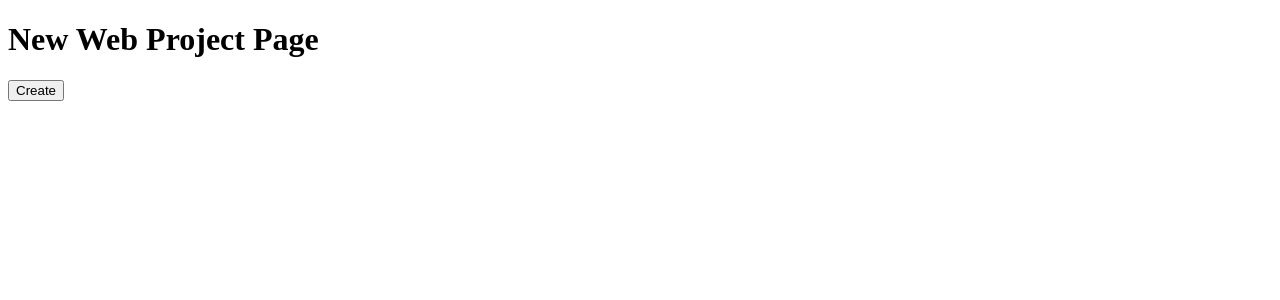
Repository: seantao97/publicProjects
Page: GuessTwoo/v8/Aptana Javascript/Trial/new_file.html
These files come from the project's save history. The page is drawn as it stood at one moment and after the next save; the edit follows.
The browser window is 1280 px wide. The pictures show the whole page.

Above is the page before, as saved 2016-07-20 22:44:52.

### GuessTwoo/v8/Aptana Javascript/Trial/new_file.html
<!DOCTYPE HTML PUBLIC "-//W3C//DTD HTML 4.01 Transitional//EN"
"http://www.w3.org/TR/html4/loose.dtd">
<html xmlns="http://www.w3.org/1999/xhtml">
	<head>
		<meta http-equiv="Content-Type" content="text/html; charset=utf-8" />
		<title>New Web Project</title>
		<script src = "new_file.js"> </script>
	</head>
	<body>
		<h1>New Web Project Page</h1>
		<button id="create">Create</button>
	</body>
</html>

Loaded but not shown: GuessTwoo/v8/Aptana Javascript/Trial/new_file.js (no copy from this time; the picture is the same without it)

After the next save:
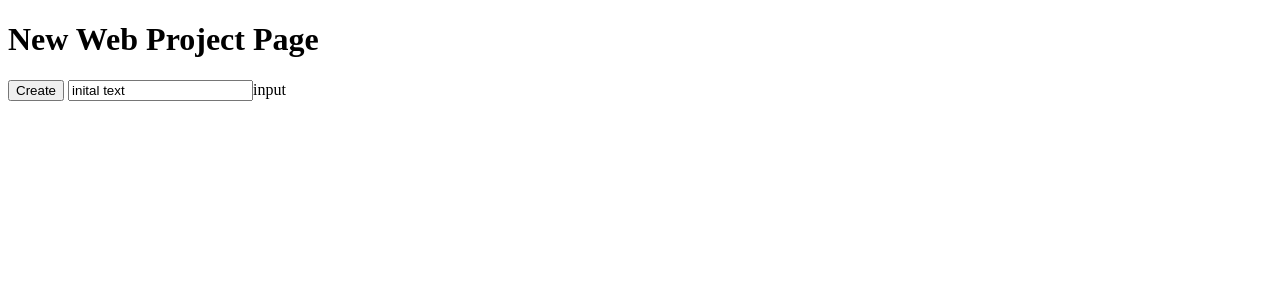
Saved 20 h 2 min later.
--- a/GuessTwoo/v8/Aptana Javascript/Trial/new_file.html
+++ b/GuessTwoo/v8/Aptana Javascript/Trial/new_file.html
@@ -9,5 +9,6 @@
 	<body>
 		<h1>New Web Project Page</h1>
 		<button id="create">Create</button>
+		<input type="text" value="inital text">input</input>
 	</body>
 </html>
